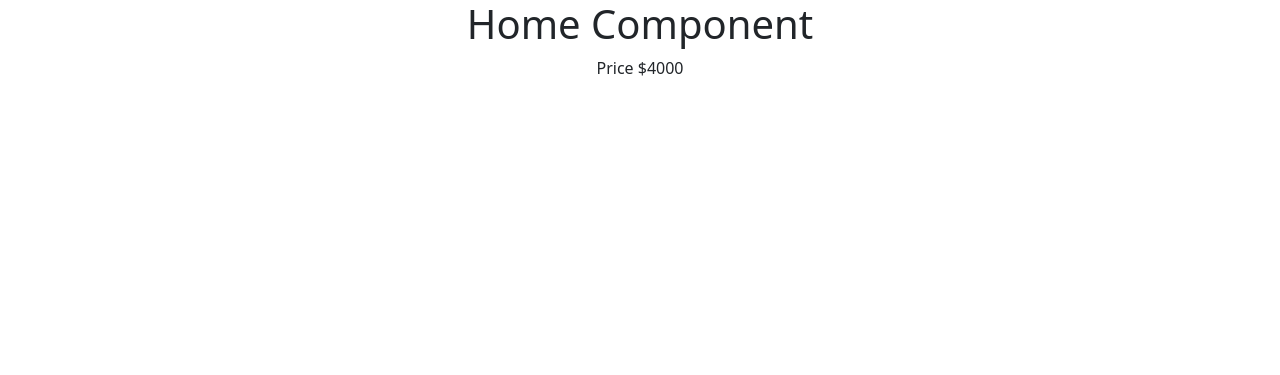
Repository: Rohit1995K/React-redux
Page: /home
The author's editor kept a copy of each file at every save. The page is drawn from the files as they stood at one save, then again after a run of saves.
The browser window is 1280 px wide. The pictures show the whole page.
The project was rebuilt for these pictures with package versions that can differ from the ones it lists, and the page was loaded fresh each time. Also part of the build but not shown: src/Components/Login/login.css, src/Components/Login/Login.js.

Above is the page before, as saved 2022-10-25 13:02:26.

After the next 4 saves:
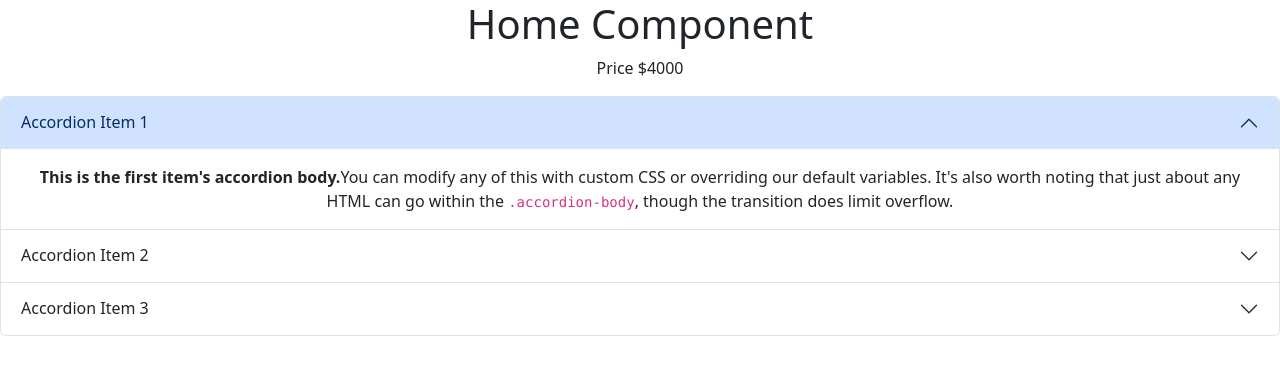
The 4 saves are shown as one change because 3 did not build or start.
The last was saved 3 min 8 s later.
--- a/src/Components/Home/Home.js
+++ b/src/Components/Home/Home.js
@@ -1,4 +1,5 @@
 import React from "react";
+import Filter from "../Filter/Filter";
 
 const Home = () => {
 
@@ -6,6 +7,7 @@ const Home = () => {
         <>
             <h1> Home Component </h1>
             <p> Price $4000 </p>
+            <Filter />
         </>
     )
 }
--- a/src/Components/Filter/Filter.js
+++ b/src/Components/Filter/Filter.js
@@ -1,7 +1,18 @@
-import React from "react";
-import { Form, FormGroup, Input, Label } from "reactstrap";
+import React, { useState } from "react";
+//import { Form, FormGroup, Input, Label } from "reactstrap";
+import { Accordion, AccordionItem, AccordionHeader, AccordionBody  } from "reactstrap";
 
 const Filter  = () => {
+
+    const [open, setOpen] = useState('1');
+    const toggle = (id) => {
+      if (open === id) {
+        setOpen();
+      } else {
+        setOpen(id);
+      }
+    }
+
     return (
 
         <>
